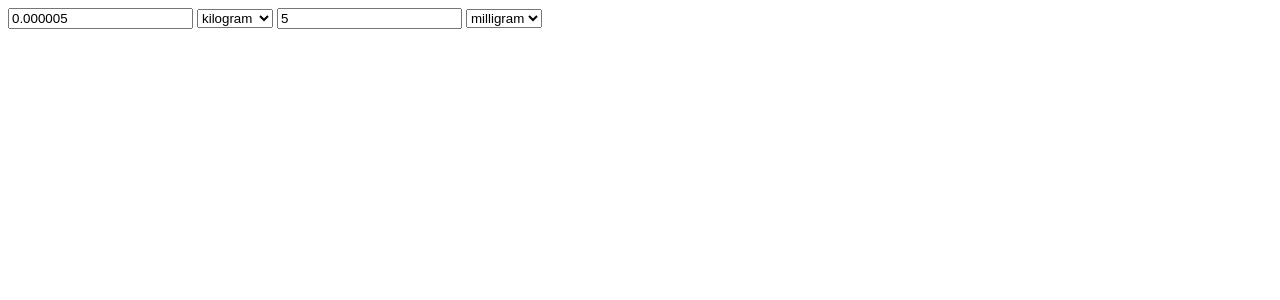
Repository: Eugene44-hub/weight-converter
Page: index.html
The author's editor kept a copy of each file at every save. The page is drawn from the files as they stood at one save, then again after the next save.
The browser window is 1280 px wide. The pictures show the whole page.
Empty fields were first filled with sample values (such as "Sample", 5 or name@example.com).
After loading, the first visible `#output` was changed once.

Above is the page before, as saved 2021-09-20 03:03:50.

### index.html
<!DOCTYPE html>
<html lang="en">

<head>
    <meta charset="UTF-8">
    <meta http-equiv="X-UA-Compatible" content="IE=edge">
    <meta name="viewport" content="width=device-width, initial-scale=1.0">
    <link rel="stylesheet" href="style.css">
    <title>Document</title>
</head>

<body>
    <input type="number" id="typed">
    <select name="" id="in-weight">
      <option value="kg">kilogram</option>
      <option value="ou">ounce</option>
      <option value="mg">milligram</option>
    </select>
    <input type="number" id="output">
    <select name="" id="out-weight">
      <option value="mg">milligram</option>
      <option value="ou">ounce</option>
      <option value="kg">kilogram</option>
    </select>
    <script src="app.js"></script>
</body>

</html>

### app.js
let typed = document.querySelector('#typed');
let output = document.querySelector('#output');
let select = document.querySelector('#in-weight');
let select2 = document.querySelector('#out-weight');

select2.addEventListener('change', e => {

    console.log(e.target.value)
})

select.addEventListener('change', e => {

    console.log(e.target.value)
})

typed.addEventListener('input',
    e => {

        if (select2.value === 'mg' && select.value === 'kg') {
            output.value = Number(e.target.value) * Math.pow(10, 6)
        } else if (select2.value === "ou" && select.value === 'mg') {
            output.value = Number(e.target.value) * 0.000035274
        } else if (select2.value === "ou" && select.value === 'kg') {
            output.value = Number(e.target.value) * 35.274
        } else if (select2.value === "kg" && select.value === 'ou') {
            output.value = Number(e.target.value) / 35.274
        } else if (select2.value === "mg" && select.value === 'ou') {
            output.value = Number(e.target.value) / 0.000035274
        } else if (select2.value === "kg" && select.value === 'mg') {
            output.value = Number(e.target.value) / Math.pow(10, 6)
        } else {
            output.value = typed.value
        }
    })

output.addEventListener('input',
    e => {
        if (select2.value === 'mg' && select.value === 'kg') {
            typed.value = Number(e.target.value) / Math.pow(10, 6)
        }
        if (select2.value === "mg" && select.value === 'ou') {
            typed.value = Number(e.target.value) * 0.000035274
        } else if (select2.value === "ou" && select.value === 'kg') {
            typed.value = Number(e.target.value) / 35.274
        } else if (select2.value === "kg" && select.value === 'ou') {
            typed.value = Number(e.target.value) * 35.274
        } else if (select2.value === "ou" && select.value === 'mg') {
            typed.value = Number(e.target.value) / 0.000035274
        } else if (select2.value === "kg" && select.value === 'mg') {
            typed.value = Number(e.target.value) * Math.pow(10, 6)
        }
        typed.alu

    })

Loaded but not shown: style.css (no copy from this time; the picture is the same without it)

After the next save:
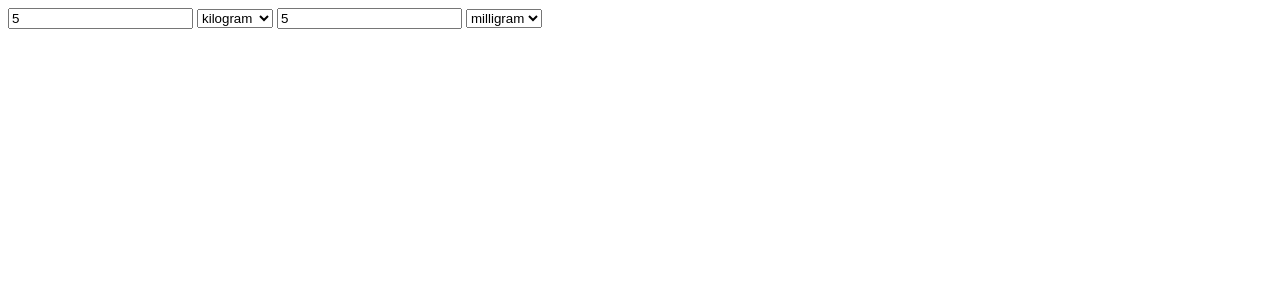
Saved 12 s later.
--- a/app.js
+++ b/app.js
@@ -49,6 +49,6 @@ output.addEventListener('input',
         } else if (select2.value === "kg" && select.value === 'mg') {
             typed.value = Number(e.target.value) * Math.pow(10, 6)
         }
-        typed.alu
+        typed.value = output.value
 
     })
